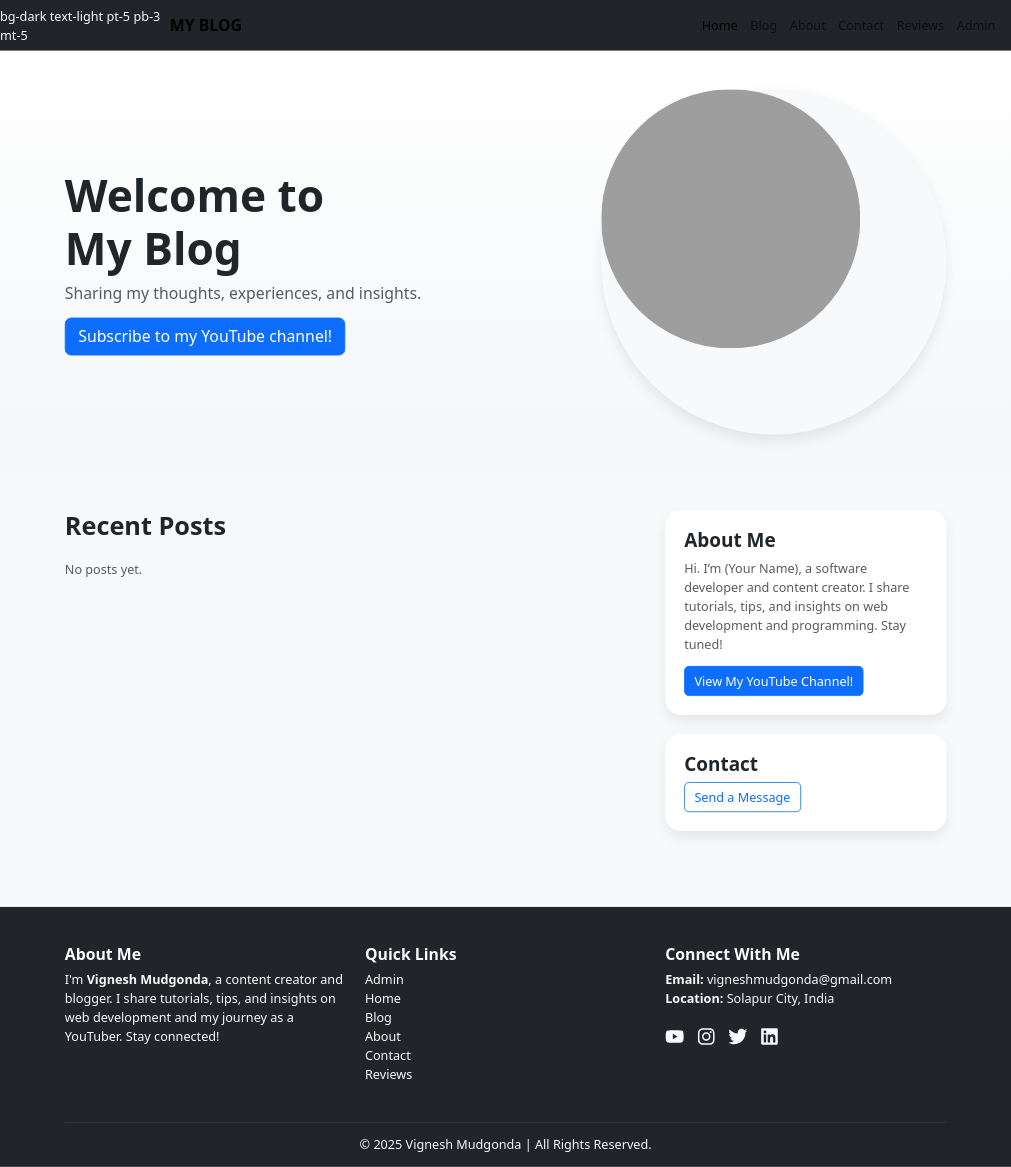
Repository: vigneshmudgonda/Blog2
Page: / (app in blog-frontend-full/)
An editor plug-in stored every save of this project. The page is shown before and after the next save, followed by the edit.
The browser window is 1280 px wide. The pictures show the whole page, at 79% of full size.
Pictures or frames that could not be fetched are drawn as grey boxes. The page's requests for data from a server got no answer. The project was rebuilt for these pictures with package versions that can differ from the ones it lists, and the page was loaded fresh each time. No one was signed in, and anything a server would have sent is missing. Also part of the build but not shown: blog-frontend-full/src/pages/BlogList.js, blog-frontend-full/src/pages/BlogDetail.js, blog-frontend-full/src/pages/Reviews.js, blog-frontend-full/src/pages/Contact.js, blog-frontend-full/src/pages/About.js, blog-frontend-full/src/pages/AdminLogin.js.

Above is the page before, as saved 2025-08-19 19:38:12.

After the next save:
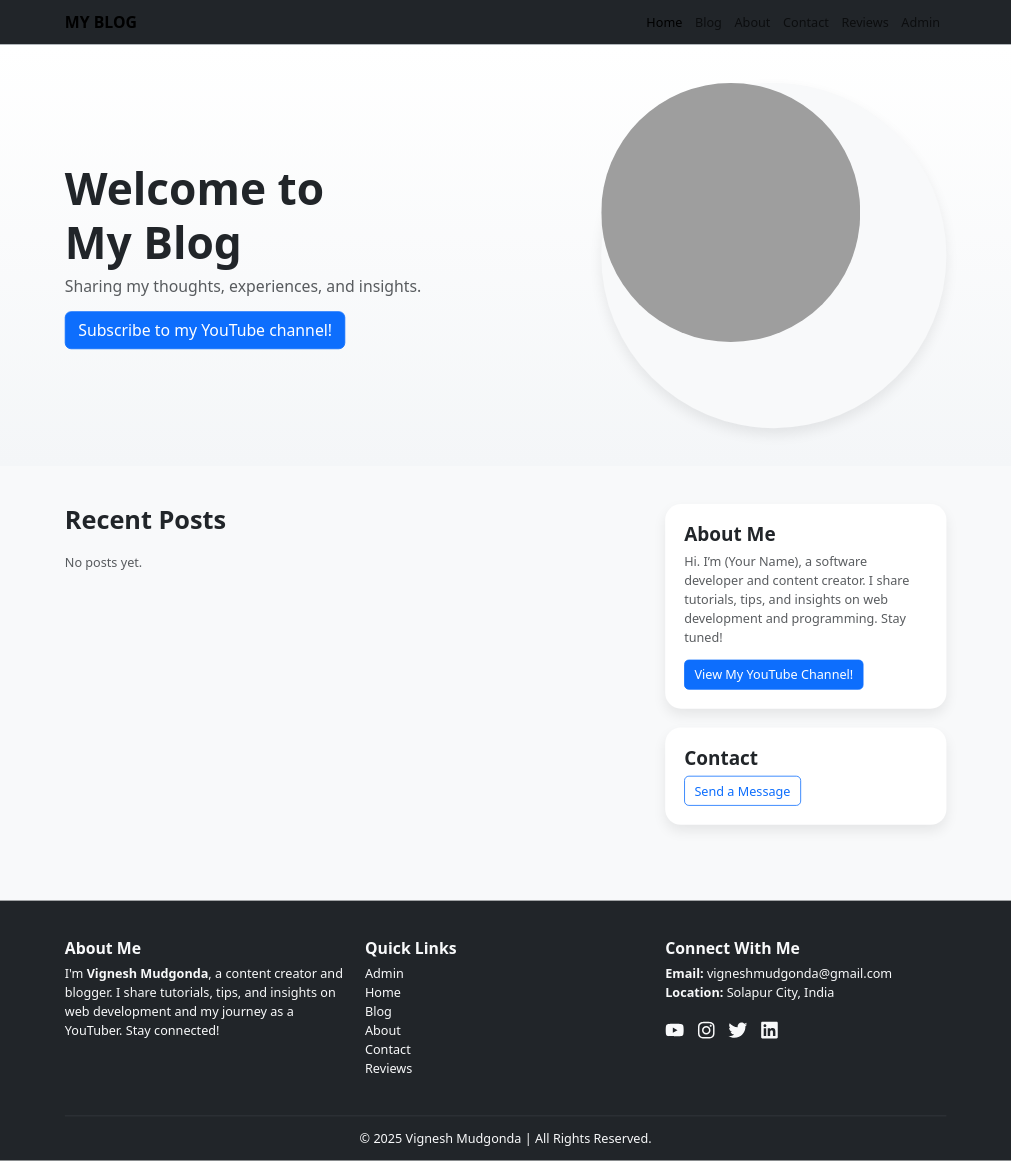
Saved 33 s later.
--- a/blog-frontend-full/src/components/Navbar.js
+++ b/blog-frontend-full/src/components/Navbar.js
@@ -3,7 +3,7 @@ import { Link, NavLink } from 'react-router-dom';
 
 export default function Navbar(){
   return (
-    <nav className="navbar navbar-expand-lg bg-dark text-light border-bottom sticky-top">bg-dark text-light pt-5 pb-3 mt-5
+    <nav className="navbar navbar-expand-lg bg-dark text-light border-bottom sticky-top">
       <div className="container">
         <Link className="navbar-brand fw-bold" to="/">MY BLOG</Link>
         <button className="navbar-toggler" type="button" data-bs-toggle="collapse" data-bs-target="#nav">
